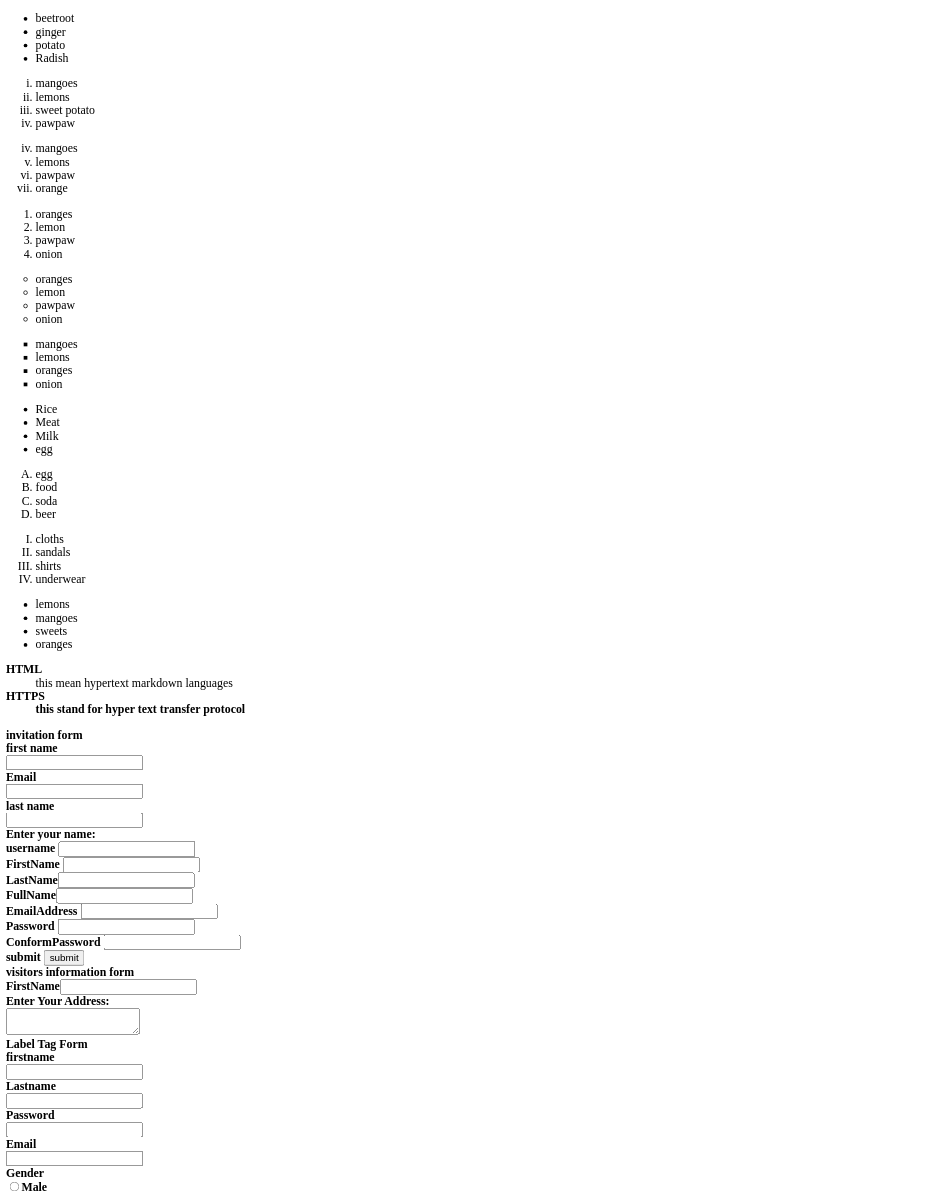
Repository: Okwahi/first--code-lessons
Page: Rinato.html
These files come from the project's save history. The page is drawn as it stood at one moment and after the next save; the edit follows.
The browser window is 1280 px wide. The pictures show the whole page, at 74% of full size.

Above is the page before, as saved 2023-03-09 13:56:03.

After the next save:
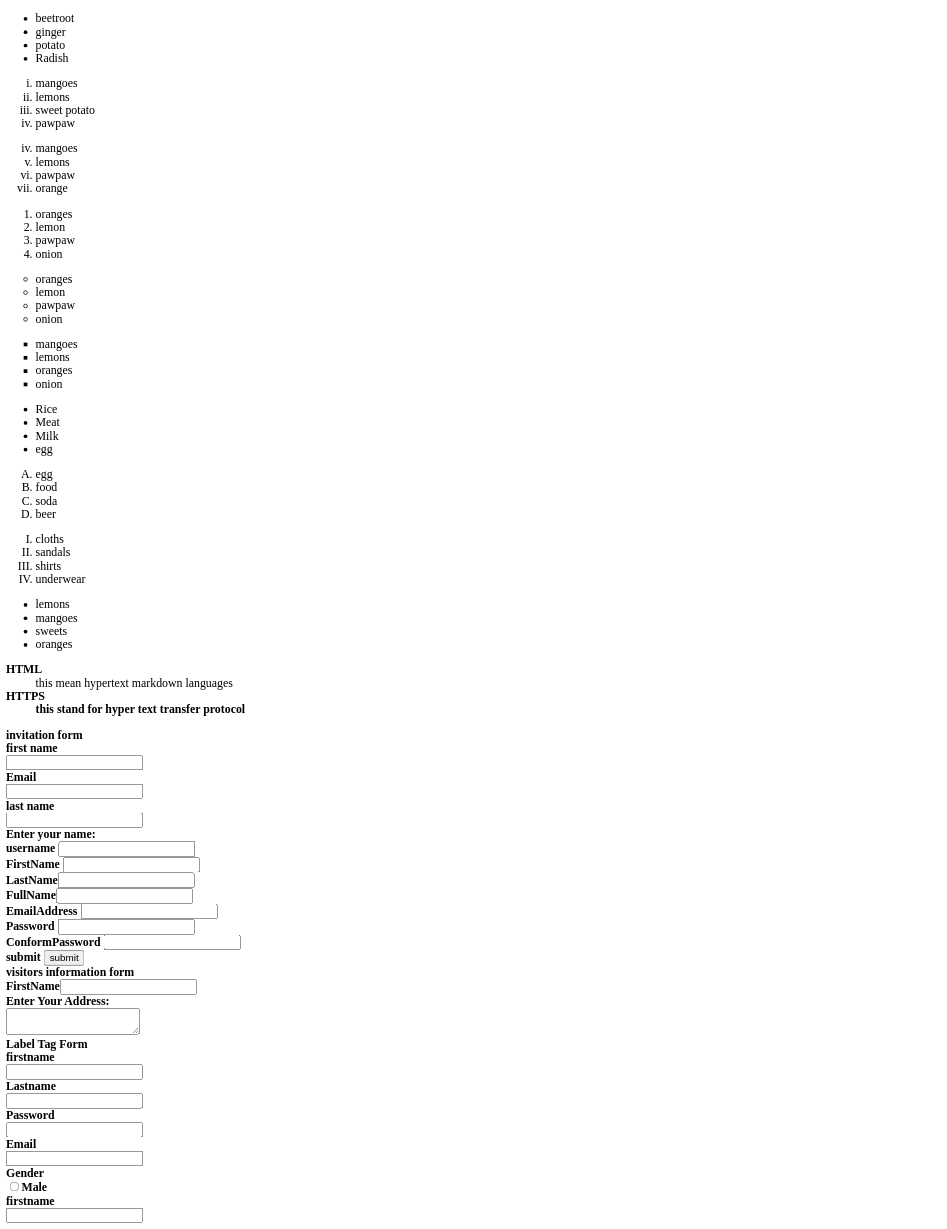
Saved 13 s later.
--- a/Rinato.html
+++ b/Rinato.html
@@ -115,7 +115,8 @@
                 <input type="Email" id="Email" name="Email"> <br>
                 <label for="Gender">Gender</label> <br>
                 <input type="radio" id="Gender" name="Gender" value="Male"/>Male <br>
-
+                <label for="firstname">firstname</label> <br>
+                <input type="text" id="Firstname" name="firstname"> <br>
 
 
 
